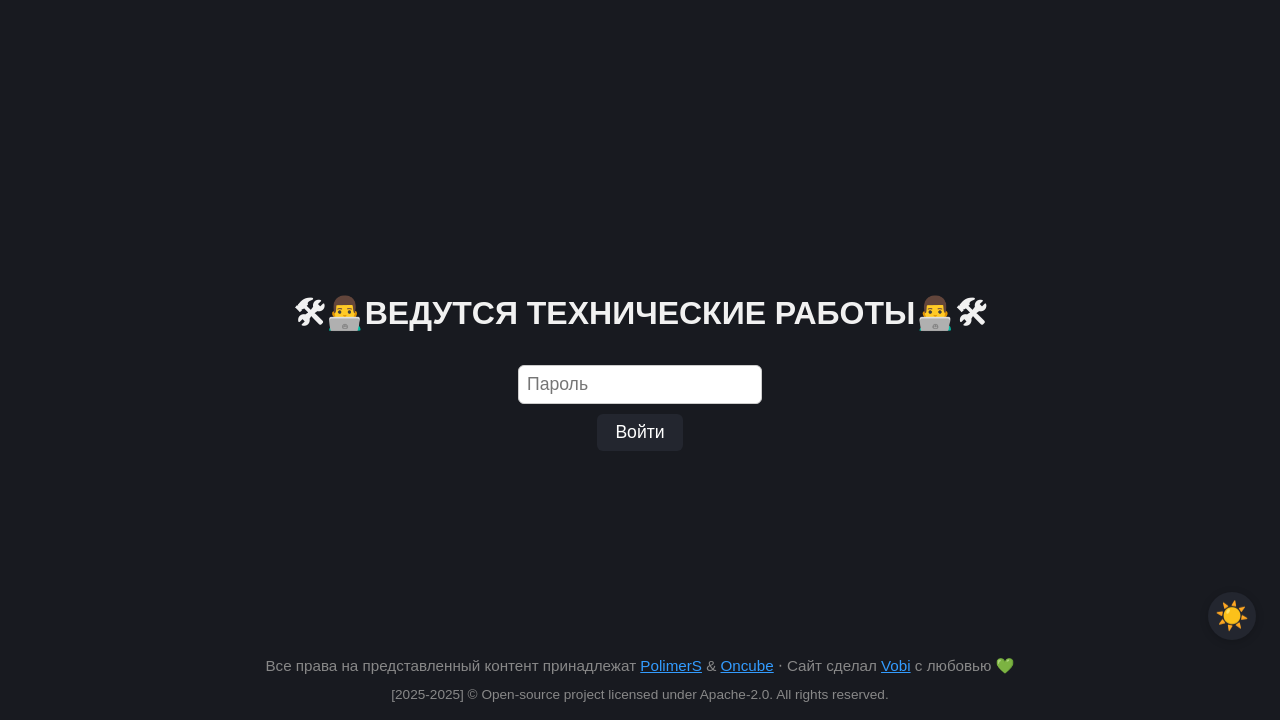
Repository: oncube-dev/OnCube-dev_website
Page: files_for_hosting/html_plus_js.version/index.html
An editor plug-in stored every save of this project. The page is shown before and after the next save, followed by the edit.
The browser window is 1280 px wide. The pictures show the whole page.
The page's requests for data from a server got no answer.

Above is the page before, as saved 2025-07-28 16:20:59.

### files_for_hosting/html_plus_js.version/index.html
<!DOCTYPE html>
<html lang="ru">
<head>
    <meta charset="UTF-8">
    <title>Полимер, когда видео?</title>
    <link rel="stylesheet" href="style.css">
    <style>
        body { transition: background 0.2s, color 0.2s; }
        #auth-copyright {
            position: absolute;
            left: 0;
            right: 0;
            bottom: 24px;
            text-align: center;
            font-size: 0.85em;
            color: #888;
            width: 100%;
            pointer-events: none;
        }
        .footer-note {
            position: fixed;
            left: 0;
            right: 0;
            bottom: 45px;
            text-align: center;
            font-size: 0.95em;
            color: #888;
            width: 100vw;
            z-index: 101;
            background: none;
            pointer-events: none;
        }
        #auth-copyright {
            position: fixed;
            left: 0;
            right: 0;
            bottom: 18px;
            text-align: center;
            font-size: 0.85em;
            color: #888;
            width: 100vw;
            pointer-events: none;
            z-index: 100;
        }
    </style>
</head>
<body>
    <div id="auth-container" style="display:flex; flex-direction:column; align-items:center; justify-content:center; min-height:100vh; position:relative;">
        <h1>🛠👨‍💻ВЕДУТСЯ ТЕХНИЧЕСКИЕ РАБОТЫ👨‍💻🛠</h1>
        <input type="password" id="password-input" placeholder="Пароль" style="padding:8px; font-size:1.1em; margin-bottom:10px; border-radius:6px; border:1px solid #ccc;">
        <button id="login-btn" style="padding:8px 18px; font-size:1.1em; border-radius:6px; border:none; background:#23262f; color:#fff; cursor:pointer;">Войти</button>
        <div id="auth-error" style="color:#d32f2f; margin-top:10px; display:none;">Неверный пароль!</div>
    </div>
    <div id="main-content" style="display:none;">
        <div class="timer-container">
            <h1>С момента выхода последнего видео PolimerS прошло:</h1>
            <div id="timer">Загрузка...</div>
        </div>
    </div>
    <button id="theme-toggle" class="theme-toggle-btn" title="Переключить тему">🌙</button>
    <footer class="footer-note">
        Все права на представленный контент принадлежат <a href="https://www.youtube.com/@PolimerS" target="_blank" style="text-decoration:underline;">PolimerS</a> & <a href="https://github.com/oncube-dev" target="_blank" style="text-decoration:underline;">Oncube</a> ⋅ Сайт сделал <a href="https://vobi.bio.link/" target="_blank" style="text-decoration:underline;">Vobi</a> с любовью 💚
    </footer>
    <div id="auth-copyright">[2025-2025] © Open-source project licensed under Apache-2.0. All rights reserved.</div>
    <script src="info_script.js"></script>
    <script>

        let startDate = null;

        async function fetchLastVideoDate() {
            try {
                const apiUrl = `https://www.googleapis.com/youtube/v3/search?key=${API_KEY}&channelId=${CHANNEL_ID}&part=snippet,id&order=date&maxResults=1`;
                const response = await fetch(apiUrl);
                if (!response.ok) throw new Error('Ошибка запроса к YouTube API');
                const data = await response.json();
                const video = data.items && data.items[0];
                if (video && video.snippet && video.snippet.publishedAt) {
                    startDate = new Date(video.snippet.publishedAt);
                } else {
                    throw new Error('Не удалось получить дату видео');
                }
            } catch (e) {
                document.getElementById('timer').textContent = 'Ошибка загрузки даты видео!';
                console.error(e);
            }
        }


        function updateTimer() {
            if (!startDate) return;
            const now = new Date();
            let diff = now - startDate;
            if (diff < 0) diff = 0;
            let seconds = Math.floor(diff / 1000);
            const days = Math.floor(seconds / (24 * 3600));
            seconds %= 24 * 3600;
            const hours = Math.floor(seconds / 3600);
            seconds %= 3600;
            const minutes = Math.floor(seconds / 60);
            seconds %= 60;
            function plural(n, one, two, five) {
                n = Math.abs(n) % 100;
                let n1 = n % 10;
                if (n > 10 && n < 20) return five;
                if (n1 > 1 && n1 < 5) return two;
                if (n1 == 1) return one;
                return five;
            }
            const daysText = plural(days, 'день', 'дня', 'дней');
            const hoursText = plural(hours, 'час', 'часа', 'часов');
            const minutesText = plural(minutes, 'минута', 'минуты', 'минут');
            const secondsText = plural(seconds, 'секунда', 'секунды', 'секунд');
            document.getElementById('timer').textContent = `${days} ${daysText} ${hours} ${hoursText} ${minutes} ${minutesText} ${seconds} ${secondsText}`;
        }

        async function initTimer() {
            document.getElementById('timer').textContent = 'Загрузка даты видео...';
            await fetchLastVideoDate();
            if (startDate) {
                updateTimer();
                setInterval(updateTimer, 1000);
            }
        }
        initTimer();

        const toggleBtn = document.getElementById('theme-toggle');
        const darkClass = 'dark-theme';
        let themePref = localStorage.getItem('theme');
        let isDark = themePref === null ? true : themePref === 'dark';
        setTheme(isDark);
        toggleBtn.onclick = () => {
            isDark = !isDark;
            setTheme(isDark);
            localStorage.setItem('theme', isDark ? 'dark' : 'light');
        };
        function setTheme(isDark) {
            if (isDark) {
                document.body.classList.add(darkClass);
                toggleBtn.textContent = '☀️';
            } else {
                document.body.classList.remove(darkClass);
                toggleBtn.textContent = '🌙';
            }
        }
    </script>
    <script>

        const authContainer = document.getElementById('auth-container');
        const mainContent = document.getElementById('main-content');
        const loginBtn = document.getElementById('login-btn');
        const passwordInput = document.getElementById('password-input');
        const authError = document.getElementById('auth-error');
        function tryLogin() {
            if (passwordInput.value === AUTH_PASSWORD) {
                authContainer.style.display = 'none';
                mainContent.style.display = '';
            } else {
                authError.style.display = 'block';
                passwordInput.value = '';
                passwordInput.focus();
            }
        }
        loginBtn.onclick = tryLogin;
        passwordInput.addEventListener('keydown', function(e) {
            if (e.key === 'Enter') tryLogin();
        });

    </script>
</body>
</html>

### files_for_hosting/html_plus_js.version/style.css
.theme-toggle-btn {
    position: fixed;
    right: 24px;
    bottom: 80px;
    z-index: 200;
    background: #23262f;
    color: #ffe066;
    border: none;
    border-radius: 50%;
    width: 48px;
    height: 48px;
    font-size: 1.7rem;
    cursor: pointer;
    box-shadow: 0 2px 8px rgba(0,0,0,0.18);
    transition: background 0.2s, color 0.2s;
}
.theme-toggle-btn:hover {
    background: #ffe066;
    color: #23262f;
}

body {
    background: #181a20;
    color: #f1f1f1;
    font-family: Arial, sans-serif;
    margin: 0;
    padding: 0;
    height: 100vh;
    display: flex;
    align-items: center;
    justify-content: center;
}

.timer-container {
    background: #23262f;
    padding: 40px 60px;
    border-radius: 16px;
    box-shadow: 0 4px 24px rgba(0,0,0,0.32);
    text-align: center;
    color: #f1f1f1;
}

.timer-container h1 {
    font-size: 2rem;
    font-weight: bold;
    color: #f1f1f1;
}

#timer {
    font-size: 3.5rem;
    font-weight: bold;
    margin-top: 8px;
    color: #fff;
    letter-spacing: 1px;
}

.footer-note {
    font-size: 0.85rem;
    color: #aaa;
    text-align: center;
    position: fixed;
    left: 0;
    width: 100vw;
    bottom: 45px;
    margin: 0;
    z-index: 100;
    box-sizing: border-box;
}

.footer-note a {
    color: #339cff;
    text-decoration: underline;
}

#auth-copyright {
    position: fixed;
    left: 0;
    right: 0;
    bottom: 18px;
    text-align: center;
    font-size: 0.85em;
    color: #888;
    width: 100vw;
    pointer-events: none;
    z-index: 100;
}

body.light-theme {
    background: #f5f5f5;
    color: #23262f;
}
.light-theme .timer-container {
    background: #fff;
    color: #23262f;
    box-shadow: 0 4px 24px rgba(0,0,0,0.08);
}
.light-theme .timer-container h1 {
    color: #23262f;
}
.light-theme #timer {
    color: #111;
}
.light-theme .footer-note {
    color: #888;
}
.light-theme .footer-note a {
    color: #1976d2;
}
.light-theme .theme-toggle-btn {
    background: #fff;
    color: #23262f;
}
.light-theme .theme-toggle-btn:hover {
    background: #23262f;
    color: #ffe066;
}

### files_for_hosting/html_plus_js.version/info_script.js
const API_KEY = 'AIzaSyD_5JR2KFtfjfmsiwnueCyyJkvWOh__aOI';
const AUTH_PASSWORD = 'PS';
const CHANNEL_ID = 'UCACwRQLU0Bq5yxijfnBPRfQ';

After the next save:
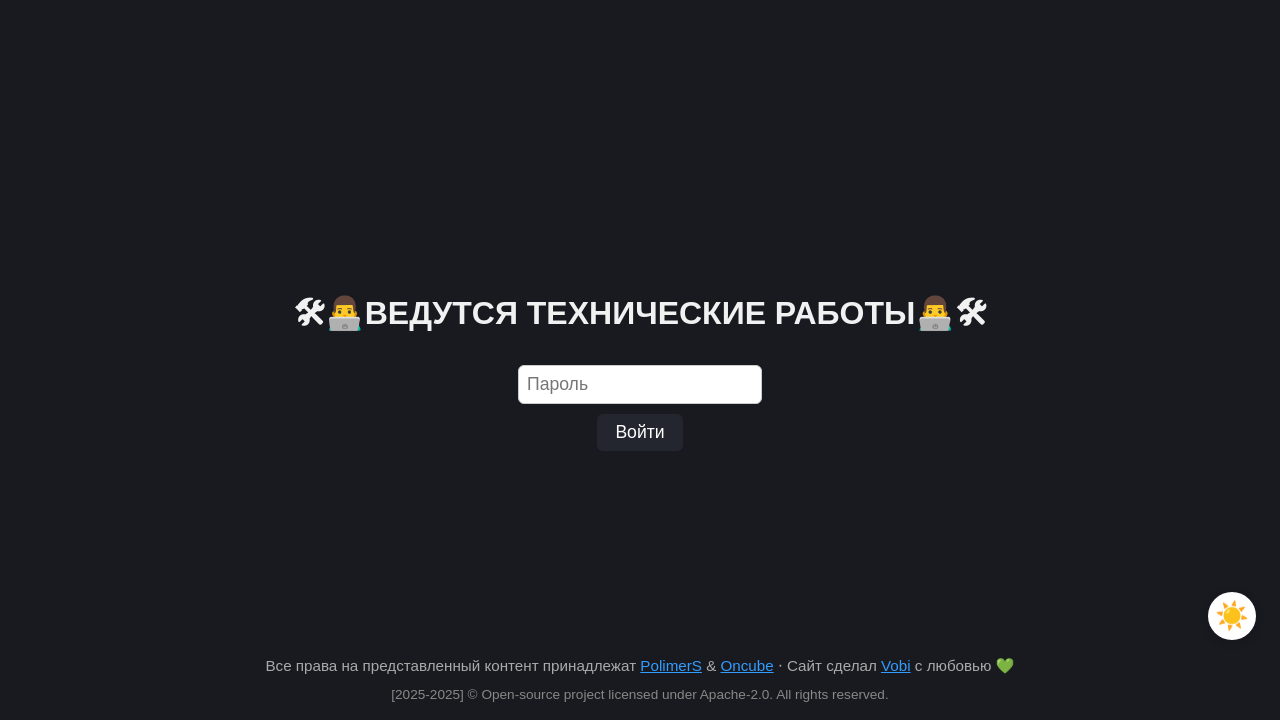
Saved 1 s later.
--- a/files_for_hosting/html_plus_js.version/style.css
+++ b/files_for_hosting/html_plus_js.version/style.css
@@ -1,24 +1,3 @@
-.theme-toggle-btn {
-    position: fixed;
-    right: 24px;
-    bottom: 80px;
-    z-index: 200;
-    background: #23262f;
-    color: #ffe066;
-    border: none;
-    border-radius: 50%;
-    width: 48px;
-    height: 48px;
-    font-size: 1.7rem;
-    cursor: pointer;
-    box-shadow: 0 2px 8px rgba(0,0,0,0.18);
-    transition: background 0.2s, color 0.2s;
-}
-.theme-toggle-btn:hover {
-    background: #ffe066;
-    color: #23262f;
-}
-
 body {
     background: #181a20;
     color: #f1f1f1;
@@ -50,7 +29,7 @@
     font-size: 3.5rem;
     font-weight: bold;
     margin-top: 8px;
-    color: #fff;
+    color: #111;
     letter-spacing: 1px;
 }
 
@@ -61,7 +40,7 @@
     position: fixed;
     left: 0;
     width: 100vw;
-    bottom: 45px;
+    bottom: 20px;
     margin: 0;
     z-index: 100;
     box-sizing: border-box;
@@ -72,45 +51,75 @@
     text-decoration: underline;
 }
 
-#auth-copyright {
+.theme-toggle-btn {
     position: fixed;
-    left: 0;
-    right: 0;
-    bottom: 18px;
-    text-align: center;
-    font-size: 0.85em;
-    color: #888;
-    width: 100vw;
-    pointer-events: none;
-    z-index: 100;
+    right: 24px;
+    bottom: 80px;
+    z-index: 200;
+    background: #23262f;
+    color: #ffe066;
+    border: none;
+    border-radius: 50%;
+    width: 48px;
+    height: 48px;
+    font-size: 1.7rem;
+    cursor: pointer;
+    box-shadow: 0 2px 8px rgba(0,0,0,0.18);
+    transition: background 0.2s, color 0.2s;
+}
+.theme-toggle-btn:hover {
+    background: #ffe066;
+    color: #23262f;
 }
 
-body.light-theme {
+body {
     background: #f5f5f5;
     color: #23262f;
 }
-.light-theme .timer-container {
+.timer-container {
     background: #fff;
     color: #23262f;
     box-shadow: 0 4px 24px rgba(0,0,0,0.08);
 }
-.light-theme .timer-container h1 {
+.timer-container h1 {
     color: #23262f;
 }
-.light-theme #timer {
+#timer {
     color: #111;
 }
-.light-theme .footer-note {
+.footer-note {
     color: #888;
 }
-.light-theme .footer-note a {
+.footer-note a {
     color: #1976d2;
 }
-.light-theme .theme-toggle-btn {
+
+body.dark-theme {
+    background: #181a20;
+    color: #f1f1f1;
+}
+.dark-theme .timer-container {
+    background: #23262f;
+    color: #f1f1f1;
+    box-shadow: 0 4px 24px rgba(0,0,0,0.32);
+}
+.dark-theme .timer-container h1 {
+    color: #f1f1f1;
+}
+.dark-theme #timer {
+    color: #fff;
+}
+.dark-theme .footer-note {
+    color: #aaa;
+}
+.dark-theme .footer-note a {
+    color: #339cff;
+}
+.dark-theme .theme-toggle-btn {
     background: #fff;
     color: #23262f;
 }
-.light-theme .theme-toggle-btn:hover {
+.dark-theme .theme-toggle-btn:hover {
     background: #23262f;
     color: #ffe066;
 }
